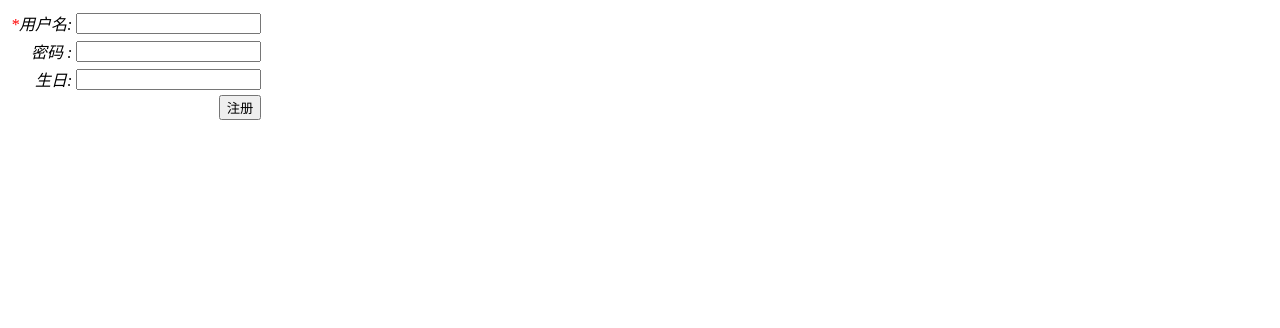
Repository: yanbin0061/JAVA
Page: http://localhost/struts_register/student.jsp
The author's editor kept a copy of each file at every save. The page is drawn from the files as they stood at one save, then again after the next save.
The browser window is 1280 px wide. The pictures show the whole page.
The page is served by Tomcat 9. Other server files are loaded and not shown.

Above is the page before, as saved 2017-04-07 03:54:38.

### taotaoProgram/javaTest/struts_register/WebContent/student.jsp
<%@ page language="java" import="java.util.*" pageEncoding="UTF-8"%>
<%--导入struts2的标签库 --%>
<%@ taglib uri="/struts-tags" prefix="s" %>
<!DOCTYPE HTML PUBLIC "-//W3C//DTD HTML 4.01 Transitional//EN">
<html>
  <head>
    <title>用户注册,使用的是struts2的标签</title>
    <s:head></s:head>
  </head>
  <body>
  <!--<s:actionerror/>  -- 动作错误 -->
  <!--<s:fielderror/>   -- 字段错误 -->
  <%--
        struts2的form标签，它提供了和原始html表单标签几乎一致的属性
        action：请求地址，直接写动作名称
        method：请求方式，默认的是post
        enctype：表单编码的MIME类型
   --%>

  <s:form action="register.action">
      <s:textfield name="username" label="用户名" requiredLabel="true" requiredPosition="left"/>
      <s:password name="password" label="密码 " showPassword="true"/>
      <s:textfield name="birthday" label="生日"/>
      <s:submit value="注册"/>
  </s:form>
  <%--
   	<form action="${pageContext.request.contextPath}/register.action" method="post">
   		用户名：<input type="text" name="username" /><br/>
   		密码：<input type="password" name="password" /><br/>
   		生日：<input type="text" name="birthday" /><br/>
   		爱好：<input type="checkbox" name="hobby" value="吃饭"/>吃饭
   		    <input type="checkbox" name="hobby" value="睡觉"/>睡觉
   		    <input type="checkbox" name="hobby" value="打游戏"/>打游戏
   			<br/>
   		已婚：<input type="checkbox" name="married" value="true"/><br/>
   		<input type="submit" value="注册" />
   	</form>
   	--%>
  </body>
</html>

After the next save:
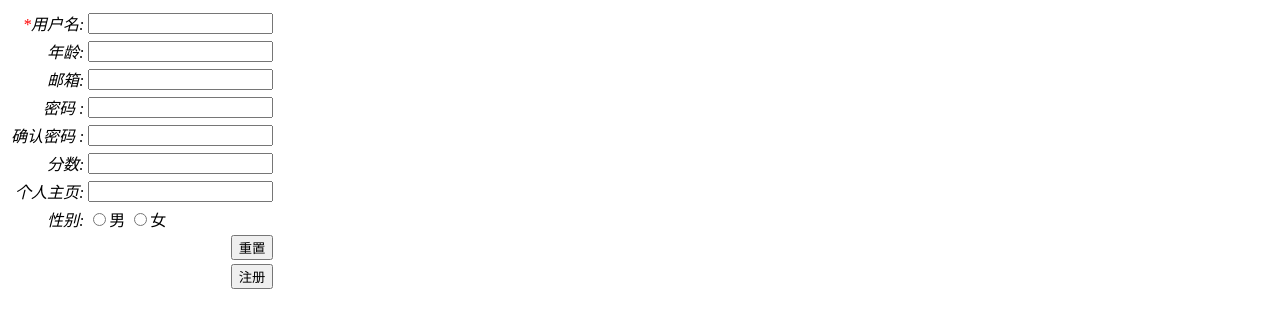
Saved 11 min 18 s later.
--- a/taotaoProgram/javaTest/struts_register/WebContent/student.jsp
+++ b/taotaoProgram/javaTest/struts_register/WebContent/student.jsp
@@ -17,10 +17,16 @@
         enctype：表单编码的MIME类型
    --%>
 
-  <s:form action="register.action">
+  <s:form action="addStudent.action">
       <s:textfield name="username" label="用户名" requiredLabel="true" requiredPosition="left"/>
+      <s:textfield name="age" label="年龄"/>
+      <s:textfield name="email" label="邮箱"/>
       <s:password name="password" label="密码 " showPassword="true"/>
-      <s:textfield name="birthday" label="生日"/>
+      <s:password name="repassword" label="确认密码 " showPassword="true"/>
+      <s:textfield name="score" label="分数"/>
+      <s:textfield name="url" label="个人主页"/>
+      <s:radio name="gender" list="{'男','女'}" label="性别"/>
+      <s:reset value="重置"/>
       <s:submit value="注册"/>
   </s:form>
   <%--
